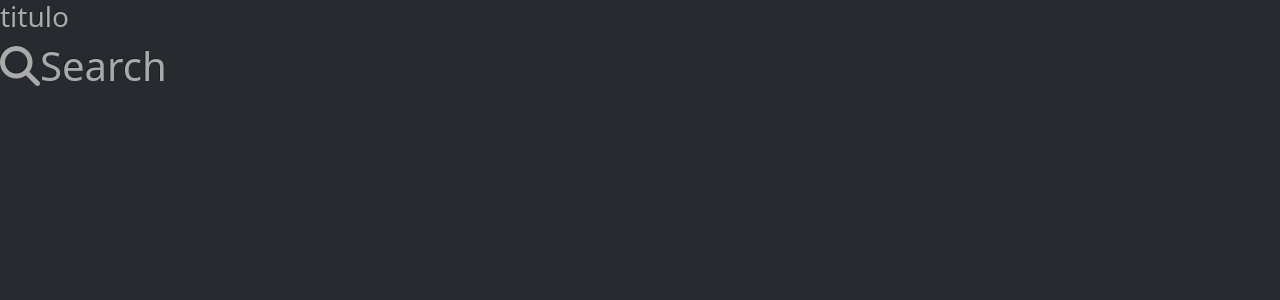
Repository: cargugati/lista_tarefas
Page: frontEnd/index.html
An editor plug-in stored every save of this project. The page is shown before and after the next save, followed by the edit.
The browser window is 1280 px wide. The pictures show the whole page.

Above is the page before, as saved 2023-03-16 09:40:10.

After the next save:
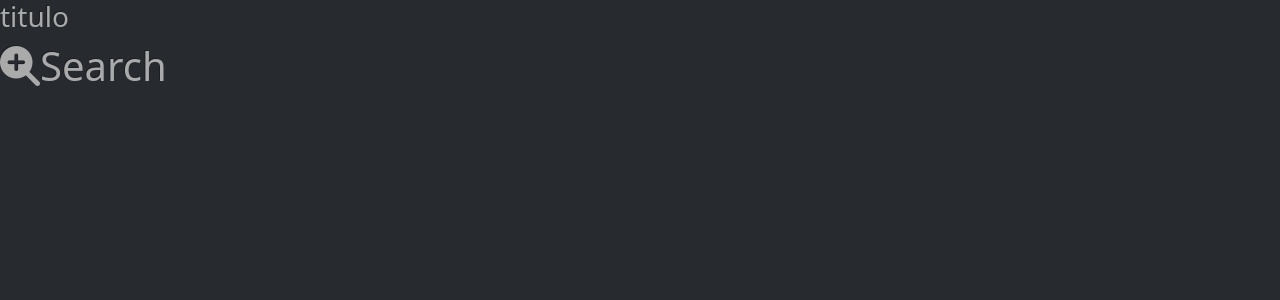
Saved 9 s later.
--- a/frontEnd/index.html
+++ b/frontEnd/index.html
@@ -13,7 +13,7 @@
 <body>
   <h3>titulo</h3>
 
-  <h1><i class="fa-solid fa-magnifying-glass"></i>Search</h1>
+  <h1><i class="fa-solid fa-magnifying-glass-plus"></i>Search</h1>
 
   <script src="assets/js/bootstrap.bundle.min.js"></script>
 </body>
